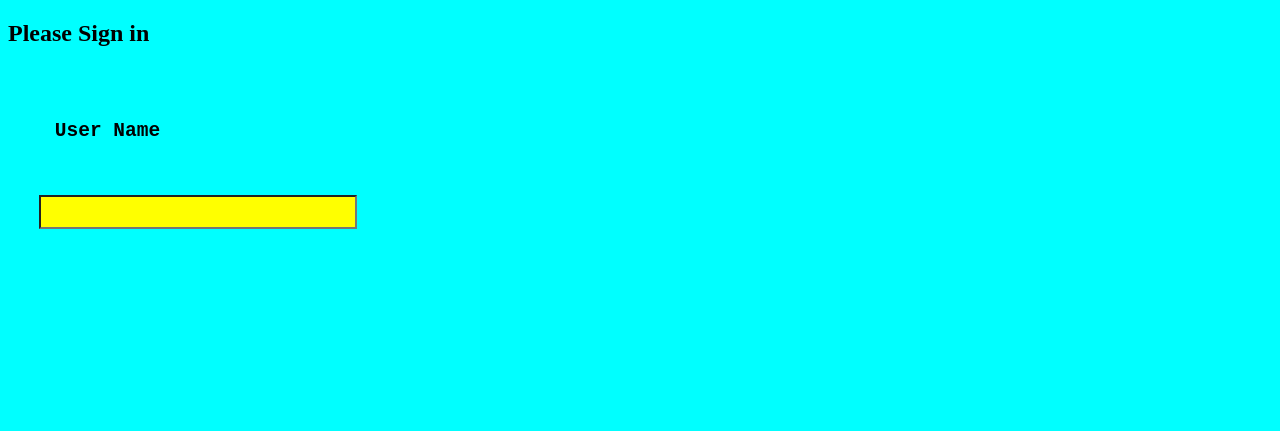
Repository: AkshayBorate/webJava
Page: web_projectservlet/src/main/webapp/login.html
These files come from the project's save history. The page is drawn as it stood at one moment and after the next save; the edit follows.
The browser window is 1280 px wide. The pictures show the whole page.

Above is the page before, as saved 2024-11-28 06:37:53.

After the next save:
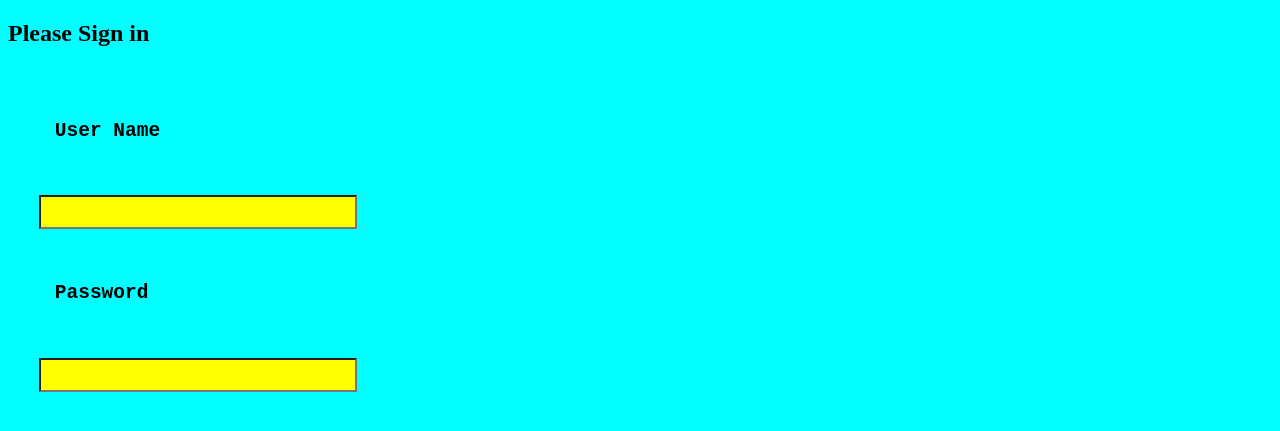
Saved 50 s later.
--- a/web_projectservlet/src/main/webapp/login.html
+++ b/web_projectservlet/src/main/webapp/login.html
@@ -9,6 +9,10 @@
     User Name
     </h2>
     <input type="text" name="uid" style="background-color:yellow;color:blue; font-size:18pt"/>
+       <h2>
+    Password
+    </h2>
+    <input type="password" name="pass" style="background-color:yellow;color:blue; font-size:18pt"/>
     </pre>
 </form>
 </body>
